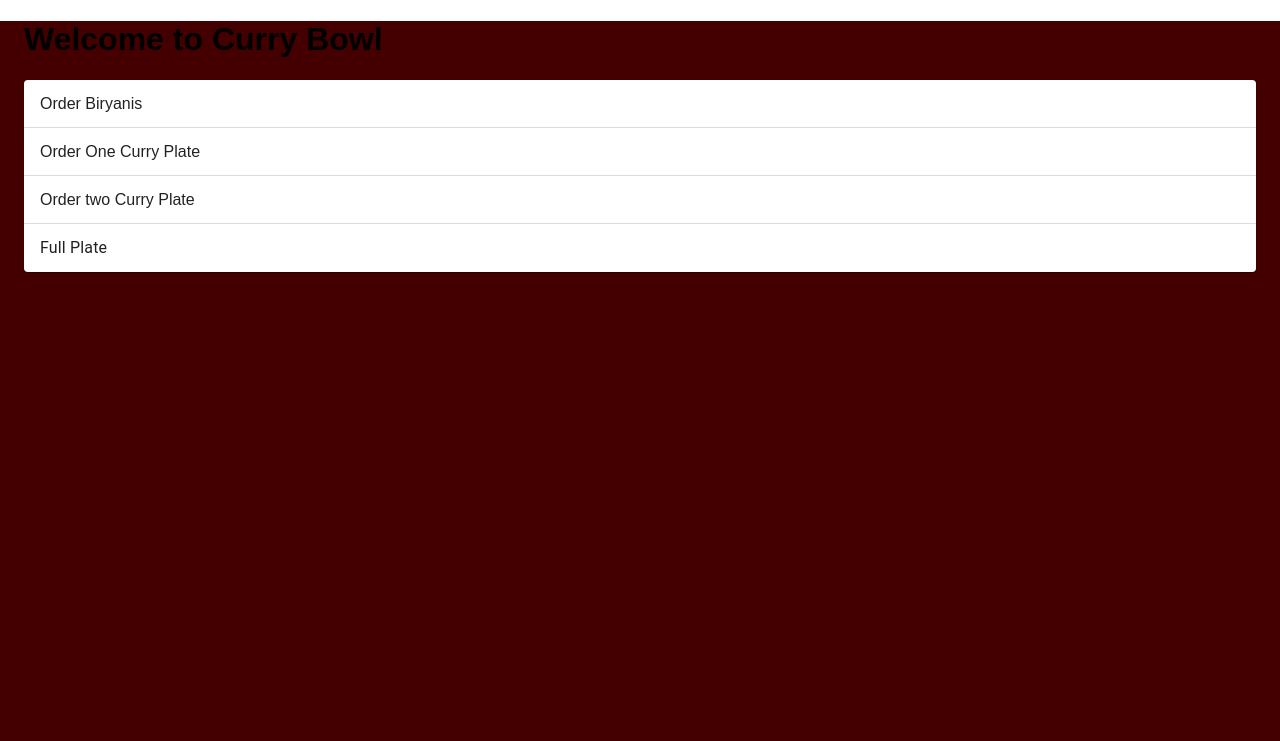
Repository: appikonda/food-order
Page: /
An editor plug-in stored every save of this project. The page is shown before and after the next save, followed by the edit.
The browser window is 1280 px wide. The pictures show the whole page.
The project was rebuilt for these pictures with package versions that can differ from the ones it lists, and the page was loaded fresh each time. Also part of the build but not shown: webpack.config.js, src/App.css.

Above is the page before, as saved 2019-08-15 15:51:31.

After the next save:
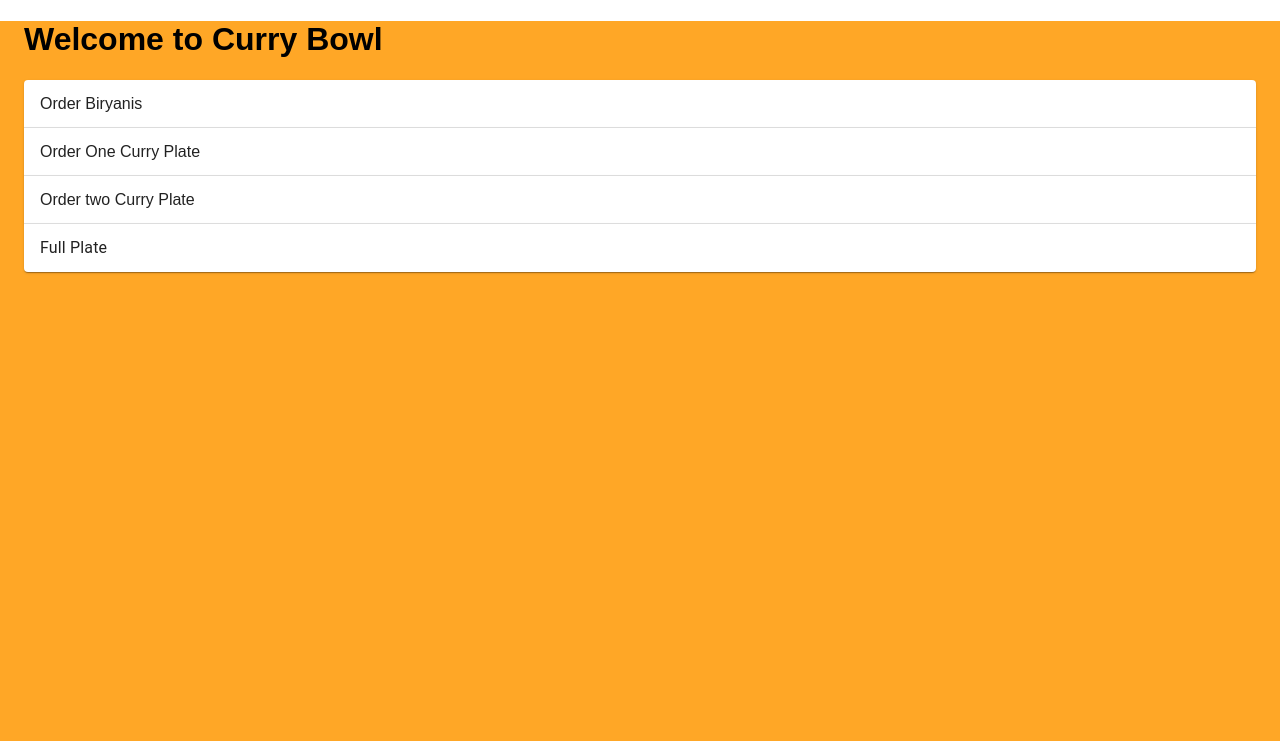
Saved 6 s later.
--- a/src/OrderFood.jsx
+++ b/src/OrderFood.jsx
@@ -13,7 +13,7 @@ class OrderFood extends Component {
   render() {
     return (
       <div>
-      <Container  fixed style={{ backgroundColor: '#400', height: '100vh' }}>
+      <Container  fixed style={{ backgroundColor: '#ffa726', height: '100vh' }}>
       <h1>Welcome to Curry Bowl</h1>
       {this.renderOptions()}
       </Container>
